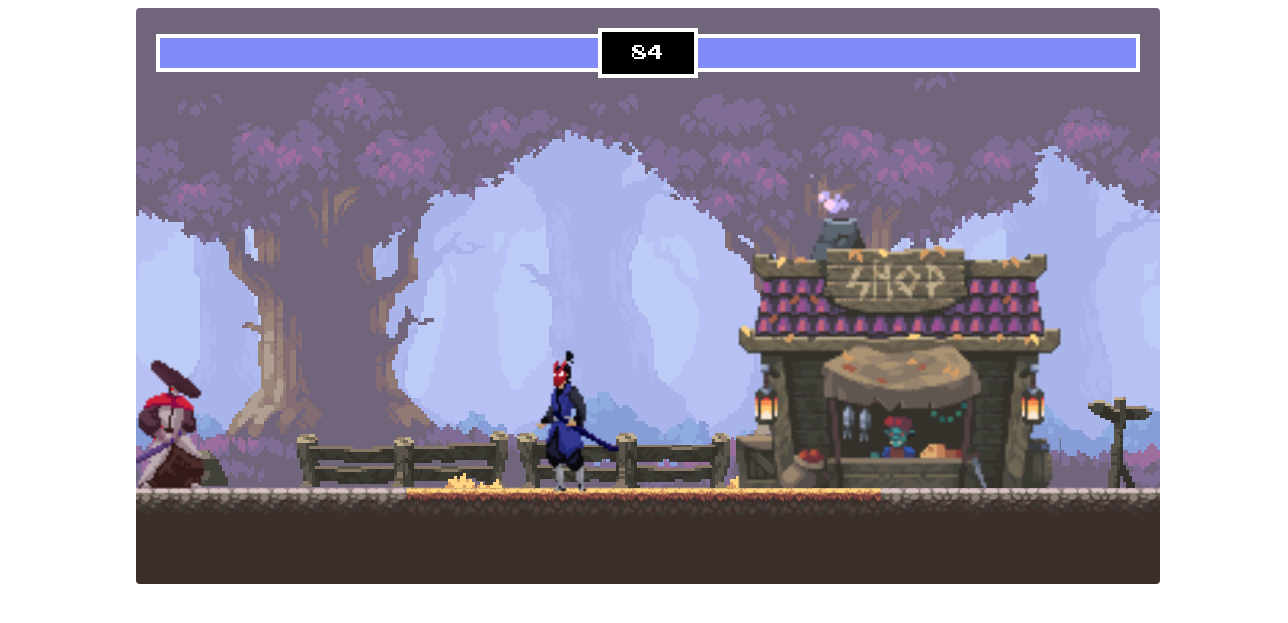
Repository: LuizAGDomingues/js-fighting-game
Page: index.html
An editor plug-in stored every save of this project. The page is shown before and after a run of saves, followed by the edit.
The browser window is 1280 px wide. The page is 1288 px wide, then 1280 px, so the pictures cover 1288 px, including what lies to the right of the window. The pictures show the whole page.

Above is the page before, as saved 2022-12-24 09:58:53.

### index.html
<!DOCTYPE html>
<html lang="en">
  <head>
    <meta charset="UTF-8" />
    <link rel="icon" type="image/svg+xml" href="./images/Logo.jpg" />
    <link rel="preconnect" href="https://fonts.googleapis.com" />
    <link rel="preconnect" href="https://fonts.gstatic.com" crossorigin />
    <link href="https://fonts.googleapis.com/css2?family=Press+Start+2P&display=swap" rel="stylesheet" />
    <link href="./src/css/battle.css" rel="stylesheet" />
    <meta name="viewport" content="width=device-width, initial-scale=1.0" />
    <title>Figthing Game</title>
  </head>
  <body>
    <div class="content">
      <div class="life-bars">
        <!-- player health -->
        <div class="playerHealth-content">
          <div class="playerHealth-aux"></div>
          <div id="playerHealth" class="playerHealth-bar"></div>
        </div>
        <!-- timer -->
        <div id="timer" class="timer">10</div>
        <!-- enemy health -->
        <div class="enemyHealth-content">
          <div class="enemyHealth-aux"></div>
          <div id="enemyHealth" class="enemyHealth-bar"></div>
        </div>
      </div>
      <div id="displayText" class="result">Tie</div>
      <canvas style="border-radius: 4px;"></canvas>
    </div>
    <script
      src="https://cdnjs.cloudflare.com/ajax/libs/gsap/3.11.3/gsap.min.js"
      integrity="sha512-gmwBmiTVER57N3jYS3LinA9eb8aHrJua5iQD7yqYCKa5x6Jjc7VDVaEA0je0Lu0bP9j7tEjV3+1qUm6loO99Kw=="
      crossorigin="anonymous"
      referrerpolicy="no-referrer"
    ></script>
    <script src="./src/utils.js"></script>
    <script src="./src/classes.js"></script>
    <script src="./src/main.js"></script>
  </body>
</html>

### src/css/battle.css
* {
  box-sizing: border-box;
  font-family: 'Press Start 2P', sans-serif;
}

body {
  width: 100%;
  height: 100%;
  display: flex;
  justify-content: center;
  align-items: center;
  overflow: hidden;
}

.content {
  position: relative;
  display: inline-block;
}

.life-bars {
  position: absolute;
  display: flex;
  width: 100%;
  align-items: center;
  padding: 20px;
}

.playerHealth-content {
  position: relative;
  width: 100%;
  display: flex;
  justify-content: flex-end;
  border-top: 4px solid white;
  border-left: 4px solid white;
  border-bottom: 4px solid white;
}

.playerHealth-aux {
  background-color: red;
  height: 30px;
  width: 100%;
}

.playerHealth-bar {
  position: absolute;
  background: #818CF8;
  top: 0;
  right: 0;
  bottom: 0;
  width: 100%;
}

.timer {
  background-color: black;
  width: 100px;
  height: 50px;
  flex-shrink: 0;
  display: flex;
  align-items: center;
  justify-content: center;
  color: white;
  border: 4px solid white;
}

.enemyHealth-content {
  position: relative;
  width: 100%;
  border-top: 4px solid white;
  border-right: 4px solid white;
  border-bottom: 4px solid white;
}

.enemyHealth-aux {
  background-color: red;
  height: 30px;
}

.enemyHealth-bar {
  position: absolute;
  background: #818CF8;
  top: 0;
  right: 0;
  bottom: 0;
  left: 0;
}

.result {
  position: absolute;
  color: white;
  align-items: center;
  justify-content: center;
  top: 0;
  right: 0;
  bottom: 0;
  left: 0;
  display: none;
}

### src/utils.js
function rectangularCollision({ rectangle1, rectangle2 }) {
  return (
    rectangle1.attackBox.position.x + rectangle1.attackBox.width >= rectangle2.position.x
    && rectangle1.attackBox.position.x <= rectangle2.position.x + rectangle2.width
    && rectangle1.attackBox.position.y + rectangle1.attackBox.height >= rectangle2.position.y
    && rectangle1.attackBox.position.y <= rectangle2.position.y + rectangle2.height
  )
};

function determineWinner({player, enemy, timerId}) {
  clearTimeout(timerId)
  document.querySelector('#displayText').style.display = 'flex'
  if(player.health === enemy.health) {
    document.querySelector('#displayText').innerHTML = 'Tie'
  } else if (player.health > enemy.health) {
    document.querySelector('#displayText').innerHTML = 'Player 1 wins'
  } else if (player.health < enemy.health) {
    document.querySelector('#displayText').innerHTML = 'Player 2 wins'
  }
};

### src/classes.js
class Sprite {
  constructor({position, imageSrc, scale = { x: 1, y: 1 }, framesMax = 1, offset = { x: 0, y: 0 }}) {
    this.position = position
    this.image = new Image()
    this.image.src = imageSrc
    this.scale = scale
    this.framesMax = framesMax
    this.framesCurrent = 0
    this.framesElapsed = 0
    this.framesHold = 5
    this.offset = offset
  }

  draw() {
    c.drawImage(
      this.image,
      this.framesCurrent * (this.image.width / this.framesMax),
      0,
      this.image.width / this.framesMax,
      this.image.height,
      this.position.x - this.offset.x,
      this.position.y - this.offset.y,
      (this.image.width / this.framesMax) * this.scale.x,
      this.image.height * this.scale.y
    )
  }

  animateFrames() {
    this.framesElapsed++
    if(this.framesElapsed % this.framesHold === 0) {
      if(this.framesCurrent < this.framesMax - 1) {
        this.framesCurrent++
      } else {
        this.framesCurrent = 0
      }
    }
  }

  update() {
    this.draw()
    this.animateFrames()
  }
}

class Fighter extends Sprite {
  constructor({
    position,
    velocity,
    color = 'red',
    imageSrc,
    scale = { x: 1, y: 1 },
    framesMax = 1,
    offset = { x: 0, y: 0 },
    sprites,
    attackBox = { offset: {}, width: undefined, height: undefined }
  }) {
    super({
      position,
      imageSrc,
      scale,
      framesMax,
      offset
    })

    this.velocity = velocity
    this.width = 50
    this.height = 150
    this.lastKey
    this.attackBox = {
      position: {
        x: this.position.x,
        y: this.position.y
      },
      offset: attackBox.offset,
      width: attackBox.width,
      height: attackBox.height
    }
    this.color = color
    this.isAttacking
    this.health = 100
    this.framesCurrent = 0
    this.framesElapsed = 0
    this.framesHold = 5
    this.sprites = sprites
    this.dead = false

    for (const sprite in this.sprites) {
      sprites[sprite].image = new Image()
      sprites[sprite].image.src = sprites[sprite].imageSrc
    }
  }

  update() {
    this.draw()
    if(!this.dead) this.animateFrames()

    this.attackBox.position.x = this.position.x + this.attackBox.offset.x
    this.attackBox.position.y = this.position.y + this.attackBox.offset.y

    // Draw the attack box
    //c.fillRect(this.attackBox.position.x, this.attackBox.position.y, this.attackBox.size.width, this.attackBox.height)

    this.position.x += this.velocity.x
    this.position.y += this.velocity.y

    // gravity function
    if(this.position.y + this.height + this.velocity.y >= canvas.height - 96) {
      this.velocity.y = 0
      this.position.y = 330
    } else this.velocity.y += gravity

  }

  attack() {
    if(this.image === this.sprites.takeHit.image || this.image === this.sprites.death.image) {
      return
    } else {
      this.switchSprite('attack1')
      this.isAttacking = true
    }
  }

  takeHit() {
    this.health -= 20
    if(this.health <= 0) {
      this.switchSprite('death')
    } else {
      this.switchSprite('takeHit')
    }
  }

  switchSprite(sprite) {
    if(this.image === this.sprites.death.image) {
      if(this.framesCurrent === this.sprites.death.framesMax - 1)
        this.dead = true
      return
    }
    // overriding all other animations with the attack animation
    if(
      this.image === this.sprites.attack1.image &&
      this.framesCurrent < this.sprites.attack1.framesMax - 1
    ) return
    // overriding when figther gets hit
    if(
      this.image === this.sprites.takeHit.image &&
      this.framesCurrent < this.sprites.takeHit.framesMax - 1
    ) return

    switch(sprite) {
      case 'idle':
        if(this.image !== this.sprites.idle.image) {
          this.image = this.sprites.idle.image
          this.framesMax = this.sprites.idle.framesMax
          this.framesCurrent = 0
        }
        break
      case 'run':
        if(this.image !== this.sprites.run.image) {
          this.image = this.sprites.run.image
          this.framesMax = this.sprites.run.framesMax
          this.framesCurrent = 0
        }
        break
      case 'jump':
        if(this.image !== this.sprites.jump.image) {
          this.image = this.sprites.jump.image
          this.framesMax = this.sprites.jump.framesMax
          this.framesCurrent = 0
        }
        break
      case 'fall':
        if(this.image !== this.sprites.fall.image) {
          this.image = this.sprites.fall.image
          this.framesMax = this.sprites.fall.framesMax
          this.framesCurrent = 0
        }
        break
      case 'attack1':
        if(this.image !== this.sprites.attack1.image) {
          this.image = this.sprites.attack1.image
          this.framesMax = this.sprites.attack1.framesMax
          this.framesCurrent = 0
        }
        break
      case 'takeHit':
        if(this.image !== this.sprites.takeHit.image) {
          this.image = this.sprites.takeHit.image
          this.framesMax = this.sprites.takeHit.framesMax
          this.framesCurrent = 0
        }
        break
      case 'death':
        if(this.image !== this.sprites.death.image) {
          this.image = this.sprites.death.image
          this.framesMax = this.sprites.death.framesMax
          this.framesCurrent = 0
        }
        break
    }
  }
}

### src/main.js
const canvas = document.querySelector('canvas');
const c = canvas.getContext('2d');

canvas.width = 1024
canvas.height = 576

c.fillRect(0, 0, canvas.width, canvas.height)

const gravity = .7

var gameIsOver = false

const background = new Sprite({
  position: {
    x: 0,
    y: 0
  },
  imageSrc: '../images/background.png'
})

const shop = new Sprite({
  position: {
    x: 600,
    y: 128
  },
  imageSrc: '../images/shop.png',
  scale: {
    x: 2.75,
    y: 2.75
  },
  framesMax: 6
})

const player = new Fighter({
  position: {
    x: 0,
    y: 0
  },
  velocity: {
    x: 0,
    y: 0
  },
  offset: {
    x: 0,
    y: 0
  },
  imageSrc: '../images/samuraiMack/Idle.png',
  framesMax: 8,
  scale: {
    x: 2.5,
    y: 2.5
  },
  offset: {
    x: 215,
    y: 155
  },
  sprites: {
    idle: {
      imageSrc: '../images/samuraiMack/Idle.png',
      framesMax: 8
    },
    run: {
      imageSrc: '../images/samuraiMack/Run.png',
      framesMax: 8
    },
    jump: {
      imageSrc: '../images/samuraiMack/Jump.png',
      framesMax: 2
    },
    fall: {
      imageSrc: '../images/samuraiMack/Fall.png',
      framesMax: 2
    },
    attack1: {
      imageSrc: '../images/samuraiMack/Attack1.png',
      framesMax: 6
    },
    takeHit: {
      imageSrc: '../images/samuraiMack/Take Hit.png',
      framesMax: 4
    },
    death: {
      imageSrc: '../images/samuraiMack/Death.png',
      framesMax: 6
    }
  },
  attackBox: {
    offset: {
      x: 100,
      y: 50
    },
    width: 140,
    height: 50
  }
})

const enemy = new Fighter({
  position: {
    x: 400,
    y: 100
  },
  velocity: {
    x: 0,
    y: 0
  },
  color: 'blue',
  offset: {
    x: -50,
    y: 0
  },
  imageSrc: '../images/kenji/Idle.png',
  framesMax: 4,
  scale: {
    x: 2.5,
    y: 2.5
  },
  offset: {
    x: 215,
    y: 167
  },
  sprites: {
    idle: {
      imageSrc: '../images/kenji/Idle.png',
      framesMax: 4
    },
    run: {
      imageSrc: '../images/kenji/Run.png',
      framesMax: 8
    },
    jump: {
      imageSrc: '../images/kenji/Jump.png',
      framesMax: 2
    },
    fall: {
      imageSrc: '../images/kenji/Fall.png',
      framesMax: 2
    },
    attack1: {
      imageSrc: '../images/kenji/Attack1.png',
      framesMax: 4
    },
    takeHit: {
      imageSrc: '../images/kenji/Take hit.png',
      framesMax: 3
    },
    death: {
      imageSrc: '../images/kenji/Death.png',
      framesMax: 7
    }
  },
  attackBox: {
    offset: {
      x: -170,
      y: 50
    },
    width: 170,
    height: 50
  }
})

const keys = {
  a: {
    pressed: false
  },
  d: {
    pressed: false
  },
  ArrowRight: {
    pressed: false
  },
  ArrowLeft: {
    pressed: false
  }
}

// Timer actions
let timer = 90
let timerId
function decreaseTimer() {
  if(timer > 0) {
    timerId = setTimeout(decreaseTimer, 1000)
    timer--
    document.querySelector('#timer').innerHTML = timer
  }
  if(timer === 0) {
    determineWinner({player, enemy, timerId})
    gameIsOver = true
  }
};
decreaseTimer();

function animate() {
  window.requestAnimationFrame(animate)
  c.fillStyle = 'black'
  c.fillRect(0, 0, canvas.width, canvas.height)
  background.update()
  shop.update()
  c.fillStyle = 'rgba(255, 255, 255, 0.1)'
  c.fillRect(0, 0, canvas.width, canvas.height)
  player.update()
  enemy.update()

  player.velocity.x = 0
  enemy.velocity.x = 0

  // player movement
  if(keys.a.pressed && player.lastKey === 'a' && player.position.x >= 0 && player.image != player.sprites.attack1.image) {
    player.velocity.x = -5
    player.switchSprite('run')
  } else if(keys.d.pressed && player.lastKey === 'd' && player.position.x <= canvas.width - 60 && player.image != player.sprites.attack1.image) {
    player.velocity.x = 5
    player.switchSprite('run')
  } else {
    player.switchSprite('idle')
  }
  // player jumping
  if(player.velocity.y < 0) {
    player.switchSprite('jump')
  } else if(player.velocity.y > 0) {
    player.switchSprite('fall')
  }

  // enemy movement
  if(keys.ArrowLeft.pressed && enemy.lastKey === 'ArrowLeft' && enemy.position.x >= 0) {
    enemy.velocity.x = -5
    enemy.switchSprite('run')
  } else if(keys.ArrowRight.pressed && enemy.lastKey === 'ArrowRight' && enemy.position.x <= canvas.width - 50) {
    enemy.velocity.x = 5
    enemy.switchSprite('run')
  } else {
    enemy.switchSprite('idle')
  }
  // enemy jumping
  if(enemy.velocity.y < 0) {
    enemy.switchSprite('jump')
  } else if(enemy.velocity.y > 0) {
    enemy.switchSprite('fall')
  }

  // detect for collision & enemy is hit
  if(rectangularCollision({rectangle1: player, rectangle2: enemy}) && player.isAttacking && player.framesCurrent === 4) {
    enemy.takeHit()
    player.isAttacking = false
    gsap.to('#enemyHealth', {
      width: enemy.health + '%'
    })
  }

  //if player misses enemy
  if(player.isAttacking && player.framesCurrent === 4) {
    player.isAttacking = false
  }

  // detect for collision & player is hit
  if(rectangularCollision({rectangle1: enemy, rectangle2: player}) && enemy.isAttacking && enemy.framesCurrent === 2) {
    player.takeHit()
    enemy.isAttacking = false
    gsap.to('#playerHealth', {
      width: player.health + '%'
    })
  }

  //if enemy misses enemy
  if(enemy.isAttacking && enemy.framesCurrent === 2) {
    enemy.isAttacking = false
  }

  // end game base on health
  if(enemy.health <= 0 || player.health <= 0){
    determineWinner({player, enemy, timerId})
    gameIsOver = true
  }
}
animate()

window.addEventListener('keydown', (event) => {
  if(!player.dead && !gameIsOver) {
    switch (event.key) {
      case 'd':
        keys.d.pressed = true
        player.lastKey = 'd'
        break
      case 'a':
        keys.a.pressed = true
        player.lastKey = 'a'
        break
      case 'w':
        if(player.image === player.sprites.jump.image || player.image === player.sprites.fall.image) {
          break
        }
        player.velocity.y = -20
        break
      case ' ':
        player.attack()
        break
    }
  }
  if(!enemy.dead && !gameIsOver) {
    switch (event.key) {
      case 'ArrowRight':
        keys.ArrowRight.pressed = true
        enemy.lastKey = 'ArrowRight'
        break
      case 'ArrowLeft':
        keys.ArrowLeft.pressed = true
        enemy.lastKey = 'ArrowLeft'
        break
      case 'ArrowUp':
        if(enemy.image === enemy.sprites.jump.image || enemy.image === enemy.sprites.fall.image) {
          break
        }
        enemy.velocity.y = -20
        break
      case 'ArrowDown':
        enemy.attack()
        break
    }
  }
})

window.addEventListener('keyup', (event) => {
  switch (event.key) {
    case 'd':
      keys.d.pressed = false
      break
    case 'a':
      keys.a.pressed = false
      break

    case 'ArrowRight':
      keys.ArrowRight.pressed = false
      break
    case 'ArrowLeft':
      keys.ArrowLeft.pressed = false
      break
  }
})

After the next 2 saves:
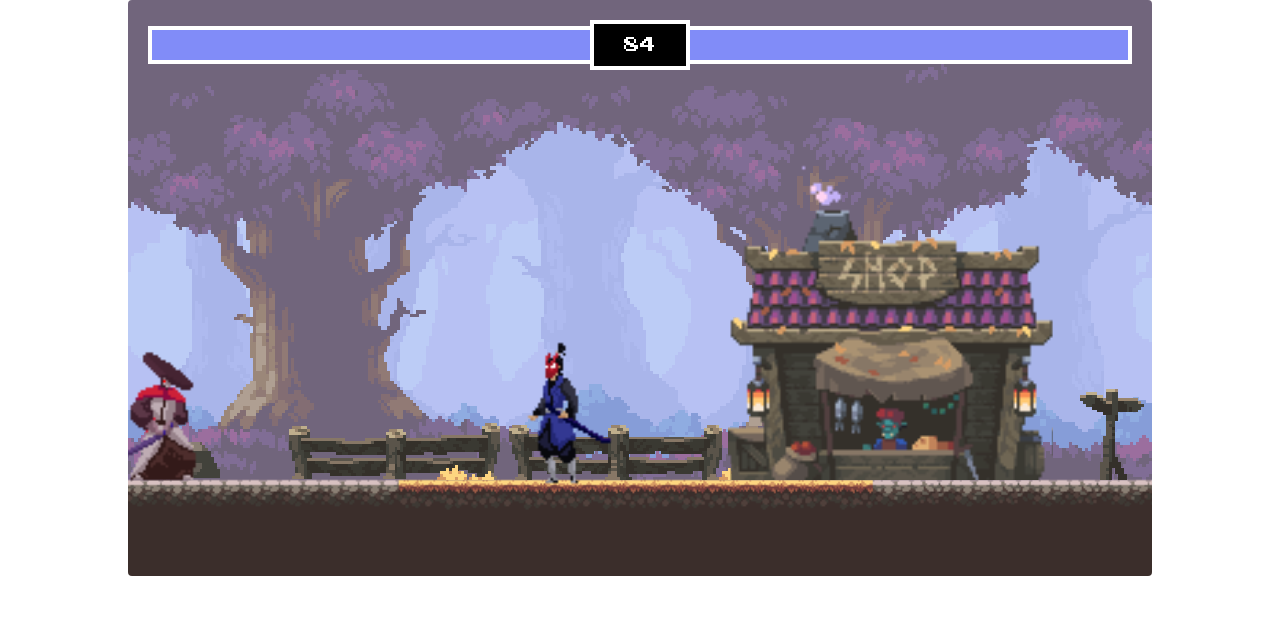
The 2 saves are shown as one change because they came seconds apart.
The last was saved 27 s later.
--- a/src/css/battle.css
+++ b/src/css/battle.css
@@ -8,7 +8,7 @@ body {
   height: 100%;
   display: flex;
   justify-content: center;
-  align-items: center;
+  margin: auto;
   overflow: hidden;
 }
 
